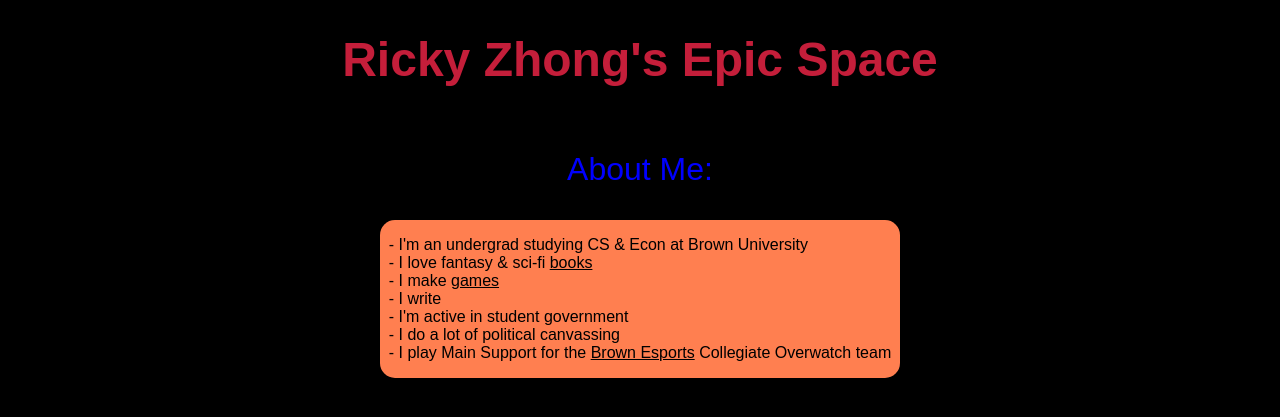
Repository: rickydaricky/rickydaricky.github.io
Page: index.html
These files come from the project's save history. The page is drawn as it stood at one moment and after the next save; the edit follows.
The browser window is 1280 px wide. The pictures show the whole page.

Above is the page before, as saved 2023-03-31 13:28:36.

### index.html
<!DOCTYPE html>

<head>
  <meta charset="UTF-8" />
  <meta name="viewport" content="width=device-width, initial-scale=1.0" />
  <link rel="stylesheet" href="main.css" type="text/css" />
  <title>Homepage</title>
</head>

<html>
  <body>
    <h1 class="name">Ricky Zhong's Epic Space</h1>
    <div class="about-container">
      <div><p class="about about-container-child">About Me:</p></div>
      <div class="break"></div>
      <div class="square about-container-child">
        <p>
          - I'm an undergrad studying CS & Econ at Brown University
          <br />
          - I love fantasy & sci-fi
          <a href="https://goodreads.com/rickydaricky">books</a>
          <br />
          - I make
          <a href="https://rickydaricky.itch.io/">games</a>
          <br />
          - I write
          <br />
          - I'm active in student government
          <br />
          - I do a lot of political canvassing
          <br />
          - I play Main Support for the
          <a href="https://brownesports.org/">Brown Esports</a>
          Collegiate Overwatch team
        </p>
      </div>
    </div>
  </body>
</html>

### main.css
p {
  text-align: justify;
  font-size: 200%;
}

html * {
  font-size: 16px;
  color: black;
  font-family: Nunito, sans-serif;
}

body {
  background-color: black
}

.about {
  font-size: 200%;
  color: blue;
}

.name {
  text-align: center;
  font-size: 300%;
  color: #C41E3A;
}

.about-container {
  display: flex;
  justify-content: center;
  align-items: center;
  flex-wrap: wrap;
}

.about-container-child {
  /* margin: 10 10 10 10; */
}

.break {
  flex-basis: 100%;
  height: 0;
}

.square {
  display: flex;
  justify-content: center;
  align-items: center;
  text-align: center;
  border-radius: 15px;
  width: 520px;
  background-color: coral;
}

After the next save:
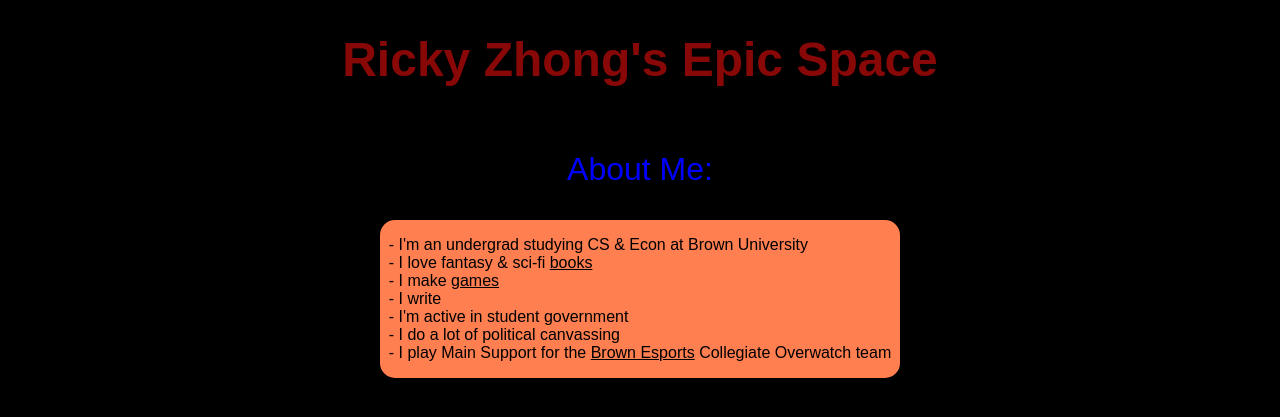
Saved 20 s later.
--- a/main.css
+++ b/main.css
@@ -21,7 +21,7 @@ body {
 .name {
   text-align: center;
   font-size: 300%;
-  color: #C41E3A;
+  color: #880808;
 }
 
 .about-container {
